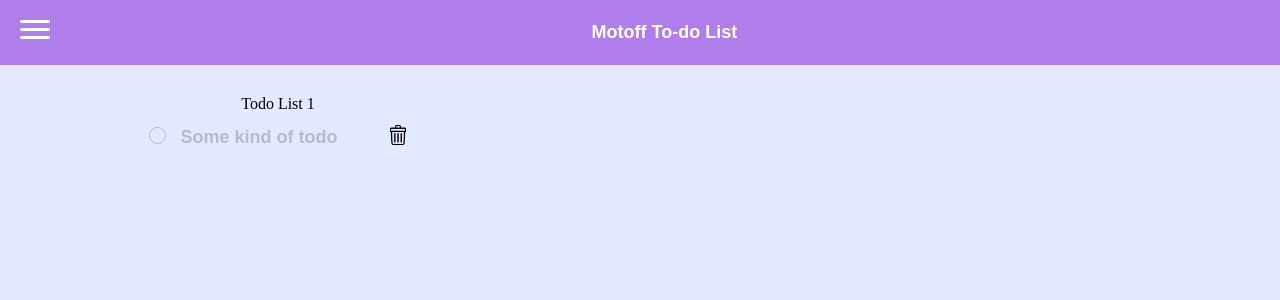
Repository: Amad-Mlinka/Todo-List-Vanilla-JS
Page: index.html
These files come from the project's save history. The page is drawn as it stood at one moment and after the next save; the edit follows.
The browser window is 1280 px wide. The pictures show the whole page.
The page's requests for data from a server got no answer.

Above is the page before, as saved 2021-09-15 01:09:52.

### index.html
<!DOCTYPE html>
<html lang="en">
  <head>
    <meta charset="UTF-8" />
    <meta http-equiv="X-UA-Compatible" content="IE=edge" />
    <meta name="viewport" content="width=device-width, initial-scale=1.0" />
    <title>ToDo list</title>
    <link rel="stylesheet" href="/styles/style.css" />
    <link rel="stylesheet" href="/styles/hamburger.css" />
    <link rel="stylesheet" href="/styles/header.css" />
    <script src="script.js"></script>
  </head>
  <body>
    <div class="headerContainer">
      <div class="header">
        <div class="hamburger" id="hamburger">
          <span></span>
          <span></span>
          <span></span>
        </div>
        <div class="titleContainer">
          <span class="title">Motoff To-do List</span>
        </div>
      </div>

      <div class="sidebar"></div>
    </div>
    <div class="container">
      <div class="listContainer">
        <div class="listItem">
          <div class="todoHeader">Todo List 1</div>
          <div class="todoData">
            <div class="checkDescription">
              <div class="todoCheck"><span class="checkCircle"></span></div>
              <div class="todoDescription">
                <span class="todoText">Some kind of todo</span>
              </div>
            </div>

            <div class="todoDelete">
              <div class="deleteIconContainer">
                <img class="deleteIcon" src="/public/images/trash.png" alt="" />
              </div>
              <div class="deleteTooltip"></div>
            </div>
          </div>
        </div>
        <div class="addBtnContainer">
          <div class="addTaskBtn"></div>
        </div>
      </div>
    </div>
  </body>
</html>

### styles/style.css
* {
  padding: 0;
  margin: 0;
}

body{
  background-color: rgb(227, 233, 255)
}
.container{
  display: flex;
  flex-direction: column;
  width: 80%;
  margin: auto;

}
.listContainer{
  width: 100%;
  display: flex;
  flex-direction: row;
  flex-wrap: wrap;
  justify-content: flex-start;
}
.listItem{
  display: flex;
  flex-direction: column;
  width: 300px;
  margin-top: 30px;
}
.todoHeader{
  width: 100%;
  text-align: center;
  height: 30px;
}
.todoData{
  display: flex;
  flex-direction: row;
  width: 100%;
  justify-content: space-around;
  align-items: center;
}
.checkDescription{
  width:66%;
  display: flex;
  align-items: center;
}
.todoCheck{
  margin-right: 15px;
}

.deleteIcon{
  width: 20px;
  color: #b7bac9;
}
.checkCircle{
  height: 15px;
  width: 15px;
  background-color: transparent;
  border: 1px solid #b7bac9;
  border-radius: 50%;
  display: inline-block;
}
.todoDescription{
  font-family: sans-serif;
  font-size:18px;
  font-weight: bolder;
  color: #b7bac9;
}

### styles/hamburger.css

  .hamburger {
    width: 30px;
    height: 25px;
    position: relative;
    -webkit-transform: rotate(0deg);
    -moz-transform: rotate(0deg);
    -o-transform: rotate(0deg);
    transform: rotate(0deg);
    -webkit-transition: 0.5s ease-in-out;
    -moz-transition: 0.5s ease-in-out;
    -o-transition: 0.5s ease-in-out;
    transition: 0.5s ease-in-out;
    cursor: pointer;
    margin: 10px;
  }

  .hamburger span {
    position: absolute;
    height: 3px;
    width: 30px;
    background: white;
    border-radius: 10px;
    opacity: 1;
    left: 0;
    -webkit-transform: rotate(0deg);
    -moz-transform: rotate(0deg);
    -o-transform: rotate(0deg);
    transform: rotate(0deg);
    -webkit-transition: 0.25s ease-in-out;
    -moz-transition: 0.25s ease-in-out;
    -o-transition: 0.25s ease-in-out;
    transition: 0.25s ease-in-out;
  }


  .hamburger span:nth-child(1) {
  top: 0px;
  -webkit-transform-origin: left center;
  -moz-transform-origin: left center;
  -o-transform-origin: left center;
  transform-origin: left center;
  }

  .hamburger span:nth-child(2) {
  top: 8px;
  -webkit-transform-origin: left center;
  -moz-transform-origin: left center;
  -o-transform-origin: left center;
  transform-origin: left center;
  }

  .hamburger span:nth-child(3) {
  top: 16px;
  -webkit-transform-origin: left center;
  -moz-transform-origin: left center;
  -o-transform-origin: left center;
  transform-origin: left center;
  }

  .hamburger.open span:nth-child(1) {
  -webkit-transform: rotate(45deg);
  -moz-transform: rotate(45deg);
  -o-transform: rotate(45deg);
  transform: rotate(45deg);
  top: -3px;
  left: 4px;
  }

  .hamburger.open span:nth-child(2) {
  width: 0%;
  opacity: 0;
  }

  .hamburger.open span:nth-child(3) {
  -webkit-transform: rotate(-45deg);
  -moz-transform: rotate(-45deg);
  -o-transform: rotate(-45deg);
  transform: rotate(-45deg);
  top: 18px;
  left: 4px;
  }

### styles/header.css
.header{
    display: flex;
    flex-direction: row;
    justify-content:space-between;
    background-color:#af7eea;
    padding: 10px;
}
.titleContainer{
    width: 100%;
    display: flex;
}
.title{
    color: white;
    margin: auto;
    font-family: sans-serif;
    font-size:18px;
    font-weight: bolder;
}

### script.js
var getTodos = async () => {
    var res = await fetch("https://jsonplaceholder.typicode.com/todos");
    var todosFull = await res.json();
    var todos=todosFull.slice(0, 20);
    console.log("Todos loaded")
    return todos;
}

document.addEventListener("DOMContentLoaded", async function () {
    const hamburger = document.getElementById("hamburger");
    hamburger.addEventListener("click", function () {
        if (this.classList.contains("open")) {
            this.classList.remove("open")
        } else {
            this.classList.add("open")
        }

    })
    console.log("Hamburger loaded");
    todos = await getTodos();





});

After the next save:
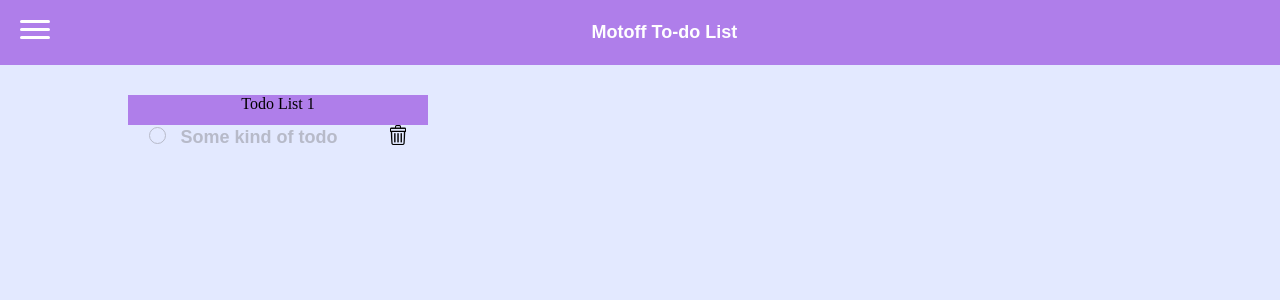
Saved 15 s later.
--- a/styles/style.css
+++ b/styles/style.css
@@ -30,6 +30,7 @@ body{
   width: 100%;
   text-align: center;
   height: 30px;
+  background: #af7eea;
 }
 .todoData{
   display: flex;
